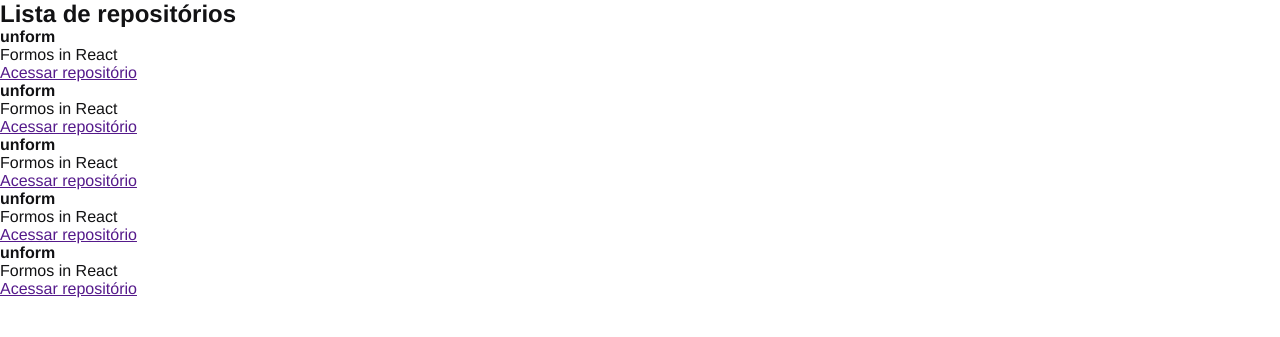
Repository: soualexandre/github-explore
Page: /
The author's editor kept a copy of each file at every save. The page is drawn from the files as they stood at one save, then again after the next save.
The browser window is 1280 px wide. The pictures show the whole page.
The project was rebuilt for these pictures with package versions that can differ from the ones it lists, and the page was loaded fresh each time. Also part of the build but not shown: webpack.config.js.

Above is the page before, as saved 2021-07-09 15:00:08.

After the next save:
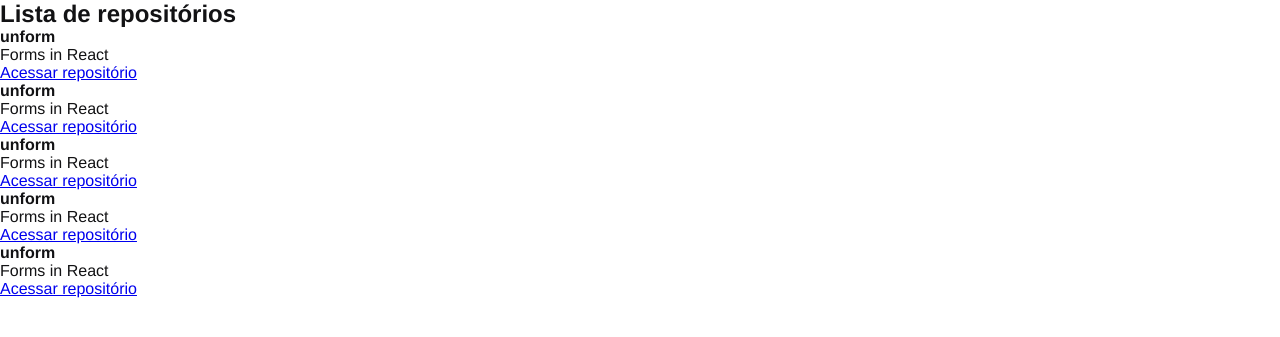
Saved 26 min 8 s later.
--- a/src/components/RepositoryItem.jsx
+++ b/src/components/RepositoryItem.jsx
@@ -2,8 +2,8 @@
     return (
         <li >
             <strong>{props.repository.name ?? 'Default'}</strong>
-            <p>Formos in React</p>
-            <a href="">
+            <p>{props.repository.description}</p>
+            <a href={props.repository.link}>
                 Acessar repositório
             </a>
         </li>
